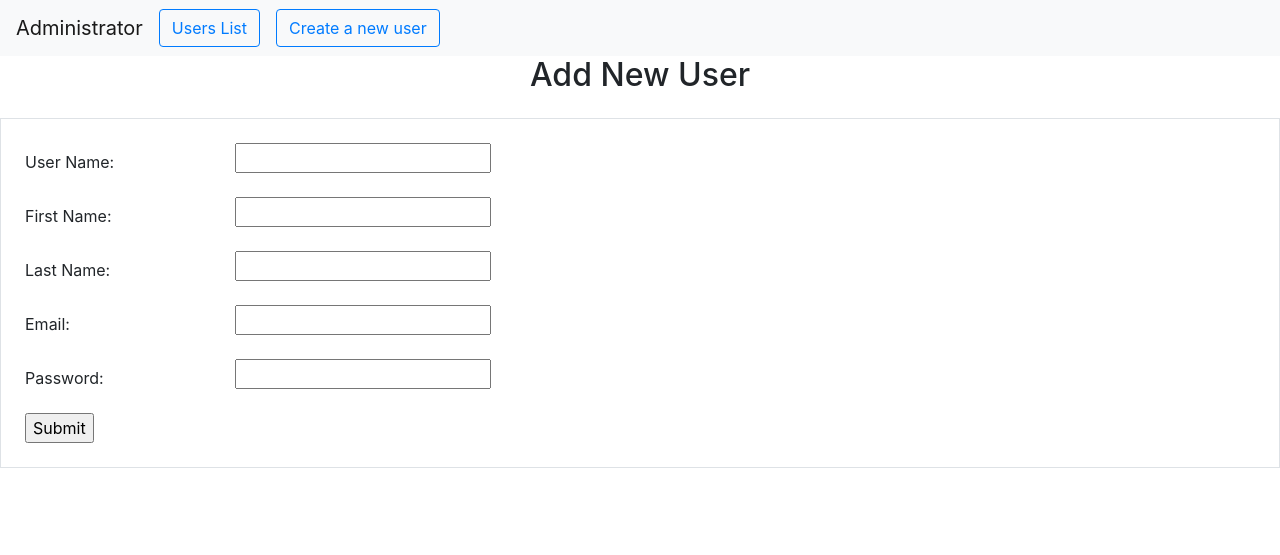
Repository: Dimitris-Kaler/Keycloak-Admin-Web-Interface
Page: http://localhost/rest-api/src/webapp/createUser.jsp
These files come from the project's save history. The page is drawn as it stood at one moment and after the next save; the edit follows.
The browser window is 1280 px wide. The pictures show the whole page.
The page is served by Tomcat 9.

Above is the page before, as saved 2023-12-22 18:40:42.

After the next save:
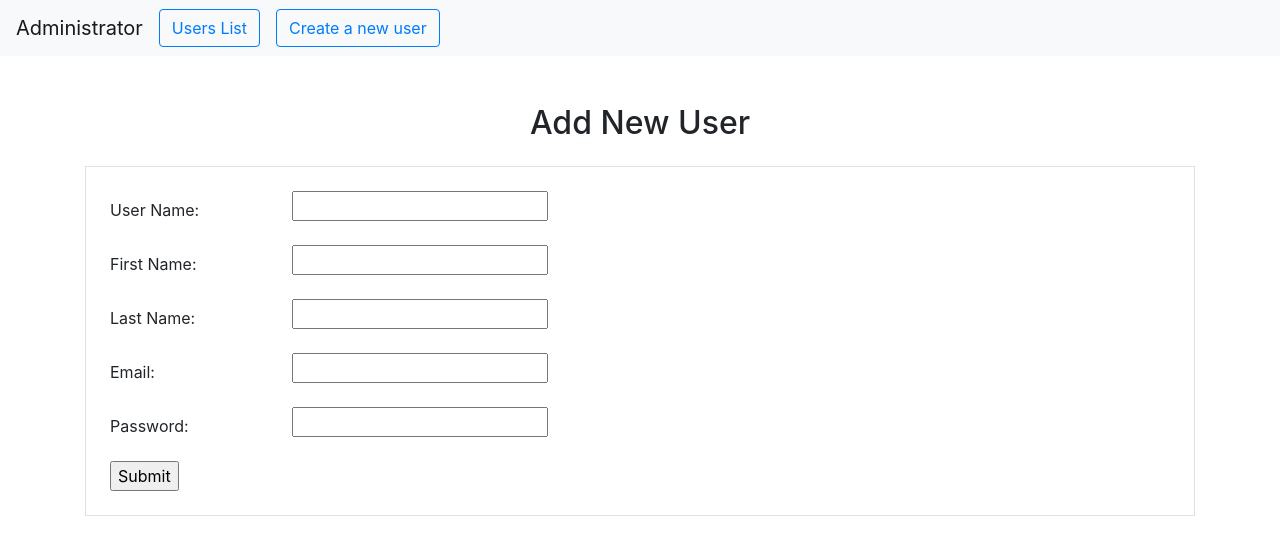
Saved 66 s later.
--- a/rest-api/src/webapp/createUser.jsp
+++ b/rest-api/src/webapp/createUser.jsp
@@ -29,6 +29,7 @@
             </ul>
         </div>
     </nav>
+    <div class="container mt-5">
 <h2 class="text-center mb-4">Add New User</h2>
 <form class="border p-4 form"action="addUser"method="POST" >
 <div class="form-group row">
@@ -69,6 +70,6 @@
 
 
 </form>
-
+</div>
 </body>
 </html>
